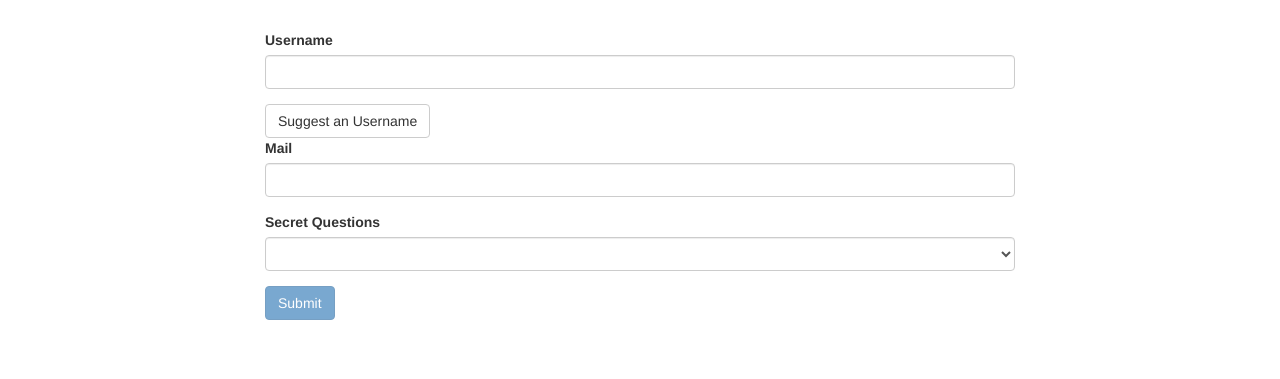
Repository: NikitasX/AngularCourse
Page: / (app in forms-start/)
These files come from the project's save history. The page is drawn as it stood at one moment and after the next save; the edit follows.
The browser window is 1280 px wide. The pictures show the whole page.
The project was rebuilt for these pictures with package versions that can differ from the ones it lists, and the page was loaded fresh each time. Also part of the build but not shown: forms-start/angular.json.

Above is the page before, as saved 2020-09-25 15:35:29.

### forms-start/src/app/app.component.ts
import { Component, ViewChild } from '@angular/core';
import { NgForm } from '@angular/forms';

@Component({
  selector: 'app-root',
  templateUrl: './app.component.html',
  styleUrls: ['./app.component.css']
})
export class AppComponent {
@ViewChild('f') signupForm:NgForm;

  suggestUserName() {
    const suggestedName = 'Superuser';
  }

  // onSubmit(form: NgForm) {
  //   console.log(form);
  // }

  onSubmit() {
    console.log(this.signupForm);
  }
}

### forms-start/src/app/app.component.html
<div class="container">
  <div class="row">
    <div class="col-xs-12 col-sm-10 col-md-8 col-sm-offset-1 col-md-offset-2">
      <form (ngSubmit)="onSubmit()" #f="ngForm">
        <div id="user-data">
          <div class="form-group">
            <label for="username">Username</label>
            <input
              type="text"
              id="username"
              class="form-control"
              ngModel
              name="username"
              required>
          </div>
          <button class="btn btn-default" type="button">Suggest an Username</button>
          <div class="form-group">
            <label for="email">Mail</label>
            <input
              type="email"
              id="email"
              class="form-control"
              ngModel
              name="email"
              required
              email>
              <p></p>
          </div>
        </div>
        <div class="form-group">
          <label for="secret">Secret Questions</label>
          <select
            id="secret"
            class="form-control"
            ngModel
            name="secret">
            <option value="pet">Your first Pet?</option>
            <option value="teacher">Your first teacher?</option>
          </select>
        </div>
        <button
          class="btn btn-primary"
          type="submit"
          [disabled]="!f.valid">Submit</button>
      </form>
    </div>
  </div>
</div>

Loaded but not shown: forms-start/src/index.html (common file); forms-start/src/styles.css (common file); forms-start/src/main.ts (common file); forms-start/src/app/app.module.ts (common file); forms-start/src/environments/environment.ts (common file); forms-start/src/app/app.component.css (common file)

After the next save:
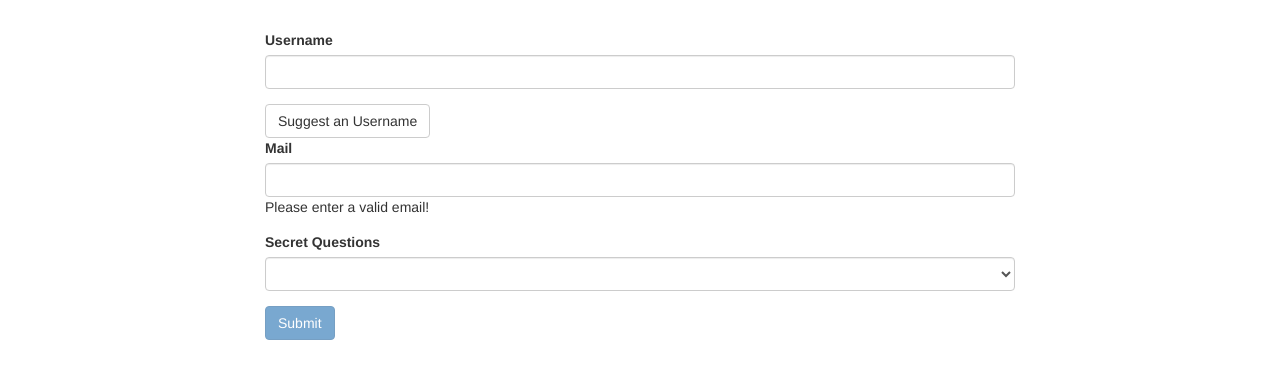
Saved 6 s later.
--- a/forms-start/src/app/app.component.html
+++ b/forms-start/src/app/app.component.html
@@ -24,7 +24,7 @@
               name="email"
               required
               email>
-              <p></p>
+              <p>Please enter a valid email!</p>
           </div>
         </div>
         <div class="form-group">

After the 2 saves that followed:
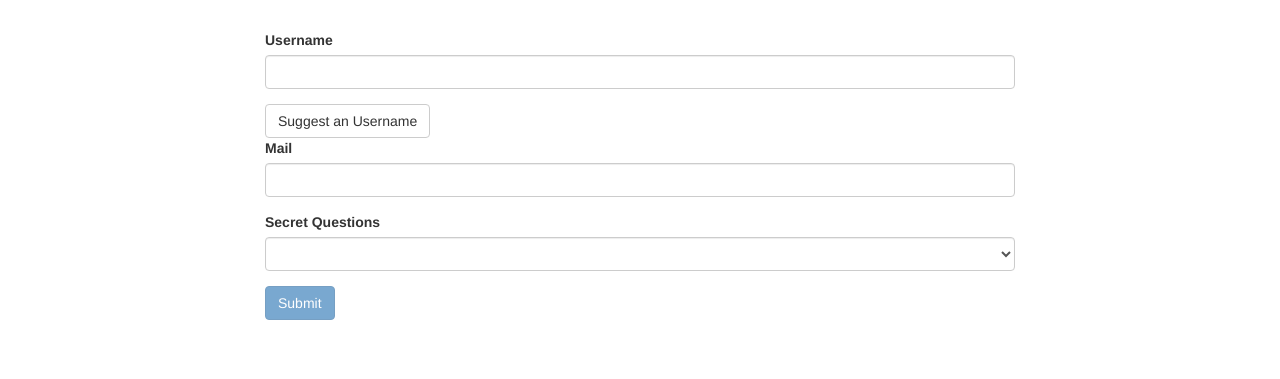
The 2 saves are shown as one change because they came seconds apart.
The last was saved 18 s later.
--- a/forms-start/src/app/app.component.html
+++ b/forms-start/src/app/app.component.html
@@ -24,7 +24,7 @@
               name="email"
               required
               email>
-              <p>Please enter a valid email!</p>
+              <p *ngIf="">Please enter a valid email!</p>
           </div>
         </div>
         <div class="form-group">
